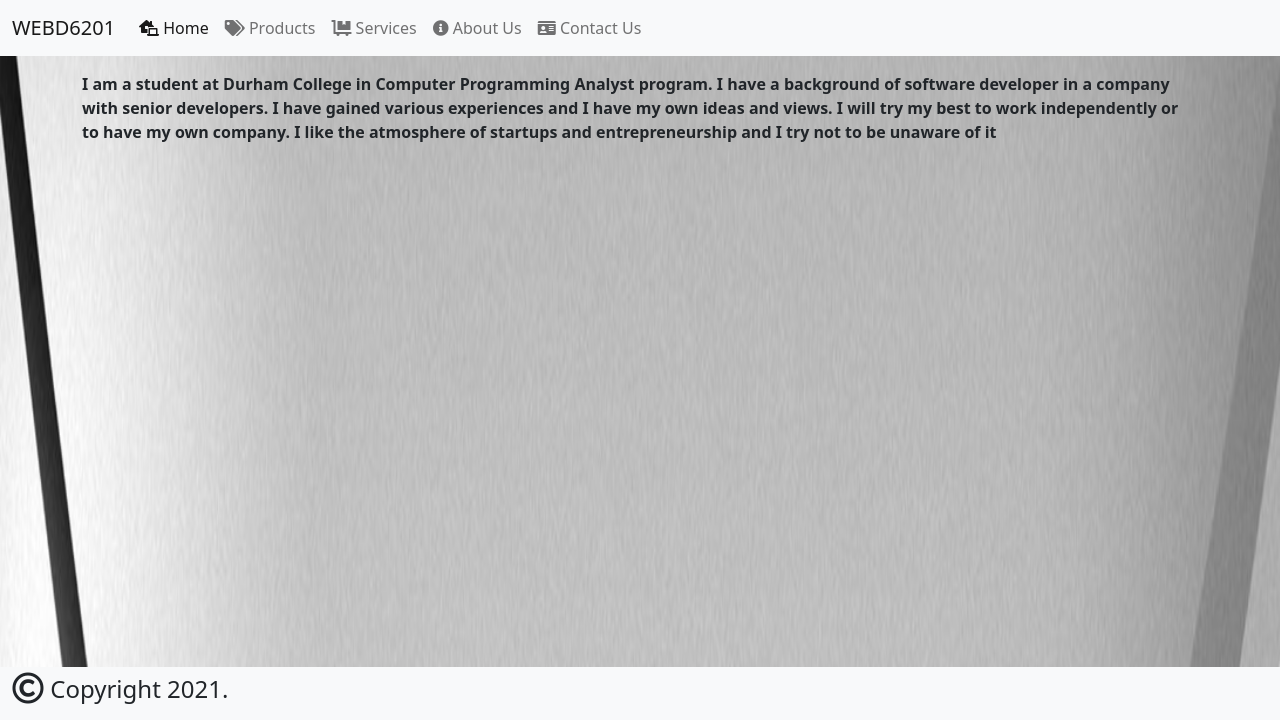
Repository: MuzhdaEhsan/WEBD6201-W2021-Lab1
Page: index.html
These files come from the project's save history. The page is drawn as it stood at one moment and after the next save; the edit follows.
The browser window is 1280 px wide. The pictures show the whole page.

Above is the page before, as saved 2021-02-05 22:52:59.

### index.html
<!DOCTYPE html>
<html lang="en">
<head>
    <meta charset="UTF-8">
    <meta name="viewport" content="width=device-width, initial-scale=1.0">
    <title>Home</title>
    <!-- CSS Section -->
    <link rel="stylesheet" href="./node_modules/bootstrap/dist/css/bootstrap.min.css">
    <link rel="stylesheet" href="./node_modules/@fortawesome/fontawesome-free/css/all.min.css">
    <link rel="stylesheet" href="./Content/app.css">


</head>
<body>


    <!-- Main Header -->
    <header>

        <!-- Main Navigation -->
        <nav class="navbar navbar-expand-lg navbar-light bg-light">
            <div class="container-fluid">
              <a class="navbar-brand" href="index.html">WEBD6201</a>
              <button class="navbar-toggler" type="button" data-bs-toggle="collapse" data-bs-target="#navbarSupportedContent" aria-controls="navbarSupportedContent" aria-expanded="false" aria-label="Toggle navigation">
                <span class="navbar-toggler-icon"></span>
              </button>
              <div class="collapse navbar-collapse" id="navbarSupportedContent">
                <ul class="navbar-nav me-auto mb-2 mb-lg-0">
                  <li class="nav-item">
                    <a class="nav-link active" aria-current="page" href="index.html"><i class="fas fa-laptop-house"></i> Home</a>
                  </li>

                  <li class="nav-item">
                    <a class="nav-link" aria-current="page" href="projects.html"><i class="fas fa-tags"></i> Products</a>
                  </li>

                  <li class="nav-item">
                    <a class="nav-link" aria-current="page" href="services.html"><i class="fas fa-dolly-flatbed"></i> Services</a>
                  </li>

                  <li class="nav-item">
                    <a class="nav-link" aria-current="page" href="about.html"><i class="fas fa-info-circle"></i> About Us</a>
                  </li>

                  <li class="nav-item">
                    <a class="nav-link" aria-current="page" href="contact.html"><i class="fas fa-id-card"></i> Contact Us</a>
                  </li>
                </ul>
              </div>
            </div>
          </nav>

    </header>

    <!-- Main Content -->
    <main class="container">
        <h1></h1>
        <p id="paragraphOne"></p>
        <div id="myDiv"></div>

    </main>

    <!-- Main Footer -->
    <footer>
        <nav class="navbar fixed-bottom navbar-light bg-light">
            <div class="container-fluid">
              <h4><i class="far fa-copyright fa-lg"></i> Copyright 2021.</h4>
            </div>
          </nav>
    </footer>

    <!-- Script Section-->
    <script src="./node_modules/jquery/dist/jquery.min.js"></script>
    <script src="./node_modules/bootstrap/dist/js/bootstrap.bundle.min.js"></script>
    <script src="./Scripts/app.js"></script>
</body>
</html>

### Scripts/app.js
/*
@author: Muzhda Ehsan
@date: 27-Jan-2021
*/
/* custom JavaScript goes here */

//IIFE - Immediately Invoked Function Expression
//AKA - Anonymous Self-Executing Function
//Closure - limits scope leak

"use strict";

let myContact =
{
  "firstName":"Muzhda",
  "contactNumber":"234234",
  "emailAddress":"muzhda@gmail.com",
  "saysHello":function()
  {
    console.log(`${fullName} says Hello`);
  },
  "someOtherObject": {
    "friendsList": [
      "Peter Parker", "Tony Stark", "Stephen Strange"
    ]
  }
};


(function()
{
    function displayHome()
    {
      let imageSize = "1500px 7000px";
      let imageUrl2 = `url('./grayImage.png')`;
      //document.body.style.backgroundImage = "url('./download.jpg')";
      let bodyImage = document.body.style;
      bodyImage.backgroundSize = imageSize;
      bodyImage.backgroundImage = imageUrl2;
        //let paragraphOneText =
         // "This is a simple site to demonstrate DOM Manipulation for ICE 1";

        //let paragraphOneElement = document.getElementById("paragraphOne");

        //paragraphOneElement.textContent = paragraphOneText;
        //paragraphOneElement.className = "fs-5";

        // Step 1. document.createElement
        let newParagraph = document.createElement("p");
        // Step 2. configure the element
        //newParagraph.setAttribute("id", "paragraphTwo");
        //newParagraph.textContent = "...And this is paragraph two";
        // Step 3. select the parent element
        let mainContent = document.getElementsByTagName("main")[0];
        // Step 4. Add / Insert the element
         mainContent.appendChild(newParagraph);

        //newParagraph.className = "fs-6";

        // another way of injecting content
        //let paragraphDiv = document.createElement("div");
        //let paragraphThree = `<p id="paragraphThree" class="fs-7 fw-bold">And this is the Third Paragraph</p>`;
        //paragraphDiv.innerHTML = paragraphThree;

        // insertions

        // example of inserting before a node
        //newParagraph.before(paragraphDiv);

        // example of inserting after a node
        //newParagraph.after(paragraphDiv);


        // add image
        //let image = document.createElement("div");
        //let imageUrl = `<img src="./download.jpg" alt="Girl in a jacket" width="500" height="600">`;
        //image.innerHTML = imageUrl
        //newParagraph.before(image);

        // paragraph details
        let paragraphMain = document.createElement("div");
        let paragraphIndex = `<p id="mainParagraph" class="fs-7 fw-bold">I am a student at Durham College in Computer Programming Analyst program.
        I have a background of software developer in a company with senior developers.
        I have gained various experiences and I have my own ideas and views. I will try my best to work independently
        or to have my own company. I like the atmosphere of startups and entrepreneurship and I try not to be unaware of it</p>`;
        paragraphMain.innerHTML = paragraphIndex;

        newParagraph.before(paragraphMain);


        // deletions

        // example of removing a single element
        //paragraphOneElement.remove();

        // example of removeChild
        //mainContent.removeChild(paragraphOneElement);

        // update / modification
        //mainContent.firstElementChild.textContent = "Welcome Home!";

        //mainContent.innerHTML = `<h1 id="firstHeading">Welcome to WEBD6201 - Lab 2</h1>`;


    }

    function displayAbout()
    {

    }

    function displayProjects()
    {
      let newParagraph = document.createElement("p");

      // Step 3. select the parent element
      let mainContent = document.getElementsByTagName("main")[0];
      // Step 4. Add / Insert the element
       mainContent.appendChild(newParagraph);
      // add image
       let image = document.createElement("div");
       let imageUrl = `<img src="./thirdpic.PNG" alt="" width="300" height="300">`;
       image.innerHTML = imageUrl
       newParagraph.before(image);

       let paragraphMain = document.createElement("div");
       let paragraphIndex = `<p id="mainParagraph" class="fs-7 fw-bold">Tesla, Inc., is an American electric vehicle and clean energy company
        based in Palo Alto, California. This website was designed to show provide some information about Tesla.</p>`;
        paragraphMain.innerHTML = paragraphIndex;

        newParagraph.before(paragraphMain);

        // add image
       let image2 = document.createElement("div");
       let imageUrl2 = `<img src="./Untitled.png" alt="" width="300" height="300">`;

       image.innerHTML = imageUrl2
       newParagraph.after(image2);



    }

    function displayServices()
    {

    }

    function displayContact()
    {
        let messageArea = document.getElementById("messageArea");
        messageArea.hidden = true;

        // form validation
        let fullName = document.getElementById("fullName");
        fullName.addEventListener("blur", function() {
            if(fullName.value.length < 2)
            {
                fullName.focus();
                fullName.select();
                messageArea.hidden = false;
                messageArea.className = "alert alert-danger";
                messageArea.textContent = "Please enter an appropriate Name";
            }
            else
            {
                messageArea.removeAttribute("class");
                messageArea.hidden = true;
            }
        });

        let sendButton = document.getElementById("sendButton");
        sendButton.addEventListener("click", function(event){
           // event.preventDefault();

            let contact = new Contact(fullName.value, contactNumber.value, emailAddress.value);

            if(contact.serialize())
            {
              localStorage.setItem((localStorage.length + 1).toString(), contact.serialize());

            }

            //console.log(contact.toString());
            //console.log(contact.serialize());
        });
    }

    function displayContactList()
    {
      if (localStorage.length > 0)
      {
        let contactList = document.getElementById("contactList");

        let data = "";

        for (let index = 0; index < localStorage.length; index++)
        {
          let contactData = localStorage.getItem((index + 1).toString());

          console.log(contactData);
          let contact = new Contact();
          contact.deserialize(contactData);

          data += `<tr>
          <th scope="row">${index + 1}</th>
          <td>${contact.FullName}</td>
          <td>${contact.ContactNumber}</td>
          <td>${contact.EmailAddress}</td>
        </tr>`;
        }

        contactList.innerHTML = data;
      }


    }

    function Start()
    {
        console.log("App Started...");

        switch (document.title)
        {
          case "Home":
              displayHome();
            break;
          case "About":
              displayAbout();
            break;
          case "Projects":
              displayProjects();
            break;
          case "Services":
              displayServices();
            break;
          case "Contact":
              displayContact();
            break;
            case "Contact-List":
              displayContactList();
            break;
        }

    }

    window.addEventListener("load", Start);

})();

Loaded but not shown: node_modules/bootstrap/dist/css/bootstrap.min.css (library); node_modules/@fortawesome/fontawesome-free/css/all.min.css (library); Content/app.css (common file); node_modules/jquery/dist/jquery.min.js (library); node_modules/bootstrap/dist/js/bootstrap.bundle.min.js (library)

After the next save:
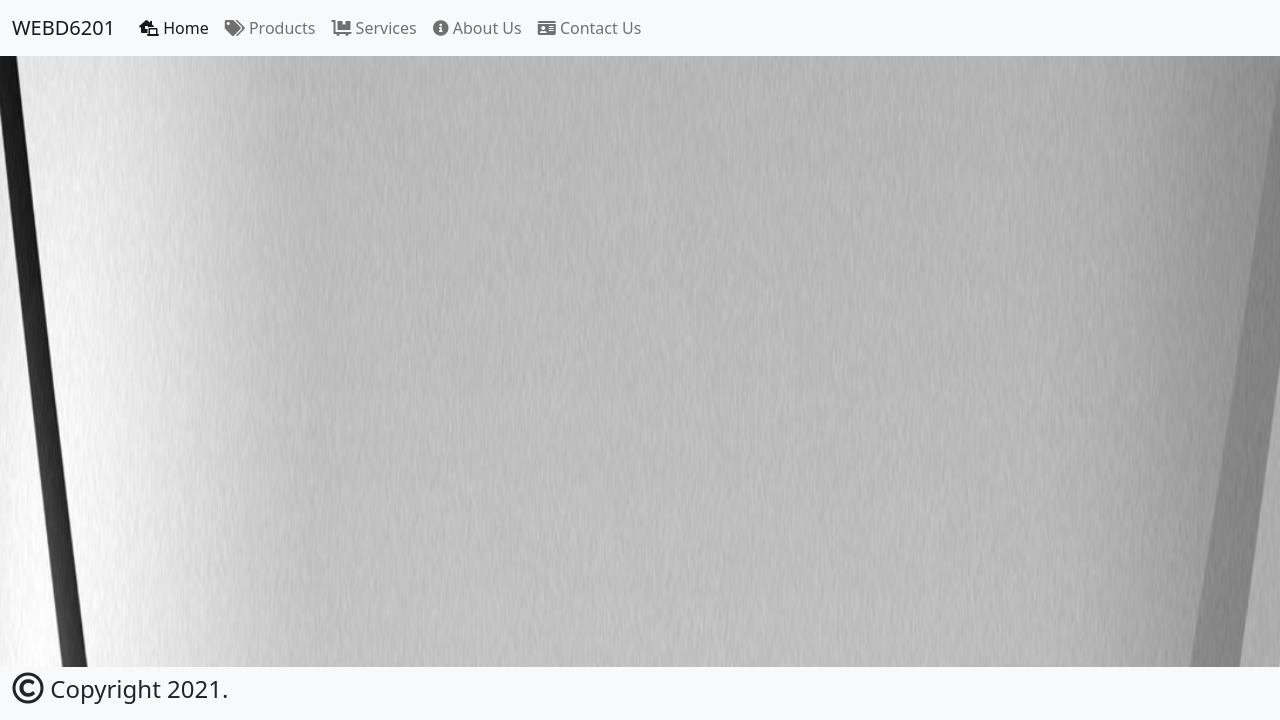
Console error: TypeError: Cannot read properties of undefined (reading 'navProject')
Saved 35 min 12 s later.
--- a/Scripts/app.js
+++ b/Scripts/app.js
@@ -37,6 +37,9 @@
       let bodyImage = document.body.style;
       bodyImage.backgroundSize = imageSize;
       bodyImage.backgroundImage = imageUrl2;
+
+
+      let navProject = document.Header.navProject;
         //let paragraphOneText =
          // "This is a simple site to demonstrate DOM Manipulation for ICE 1";
 
@@ -131,11 +134,11 @@
         newParagraph.before(paragraphMain);
 
         // add image
-       let image2 = document.createElement("div");
-       let imageUrl2 = `<img src="./Untitled.png" alt="" width="300" height="300">`;
-
-       image.innerHTML = imageUrl2
-       newParagraph.after(image2);
+       //let image2 = document.createElement("div");
+       //let imageUrl2 = `<img src="./Untitled.png" alt="" width="300" height="300">`;
+
+       //image.innerHTML = imageUrl2
+       //newParagraph.after(image2);
 
 
 

After the 6 saves that followed:
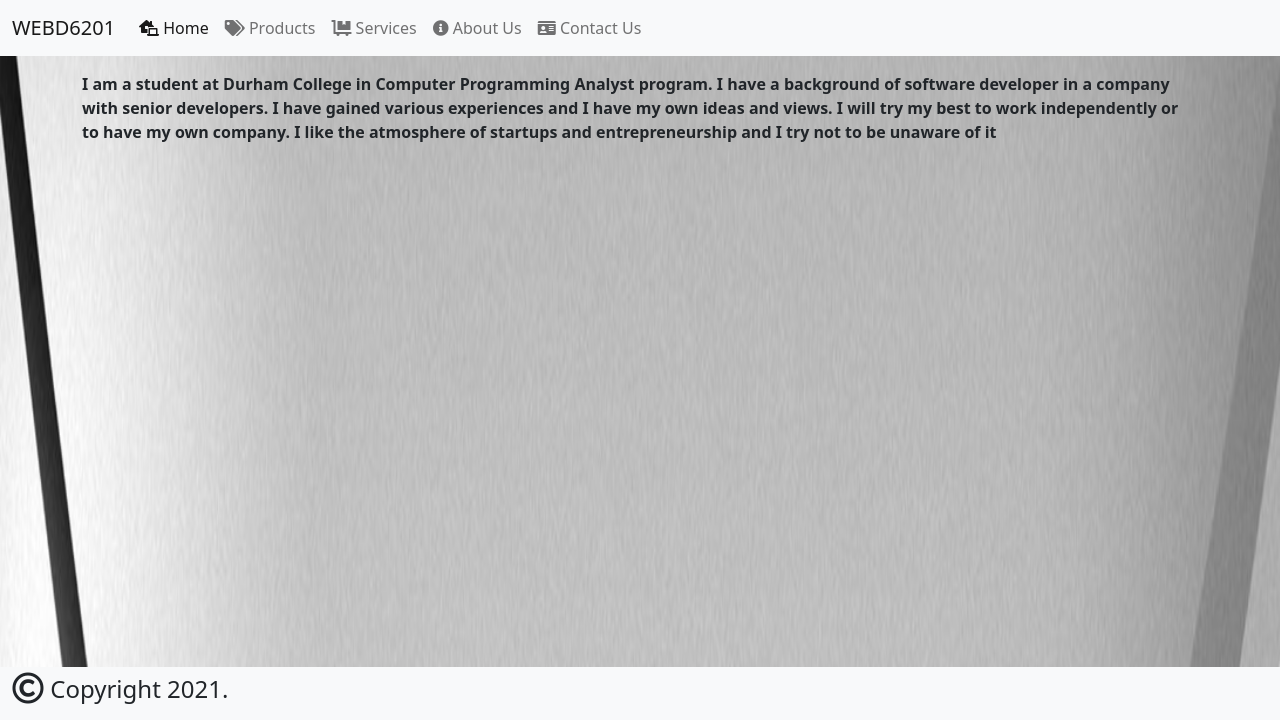
The error is gone.
The 6 saves are shown as one change because 5 left the picture as it was.
The last was saved 6 min 12 s later.
--- a/Scripts/app.js
+++ b/Scripts/app.js
@@ -39,7 +39,7 @@
       bodyImage.backgroundImage = imageUrl2;
 
 
-      let navProject = document.Header.navProject;
+
         //let paragraphOneText =
          // "This is a simple site to demonstrate DOM Manipulation for ICE 1";
 
@@ -87,7 +87,7 @@
         I have gained various experiences and I have my own ideas and views. I will try my best to work independently
         or to have my own company. I like the atmosphere of startups and entrepreneurship and I try not to be unaware of it</p>`;
         paragraphMain.innerHTML = paragraphIndex;
-
+        console.log(paragraphIndex);
         newParagraph.before(paragraphMain);
 
 
